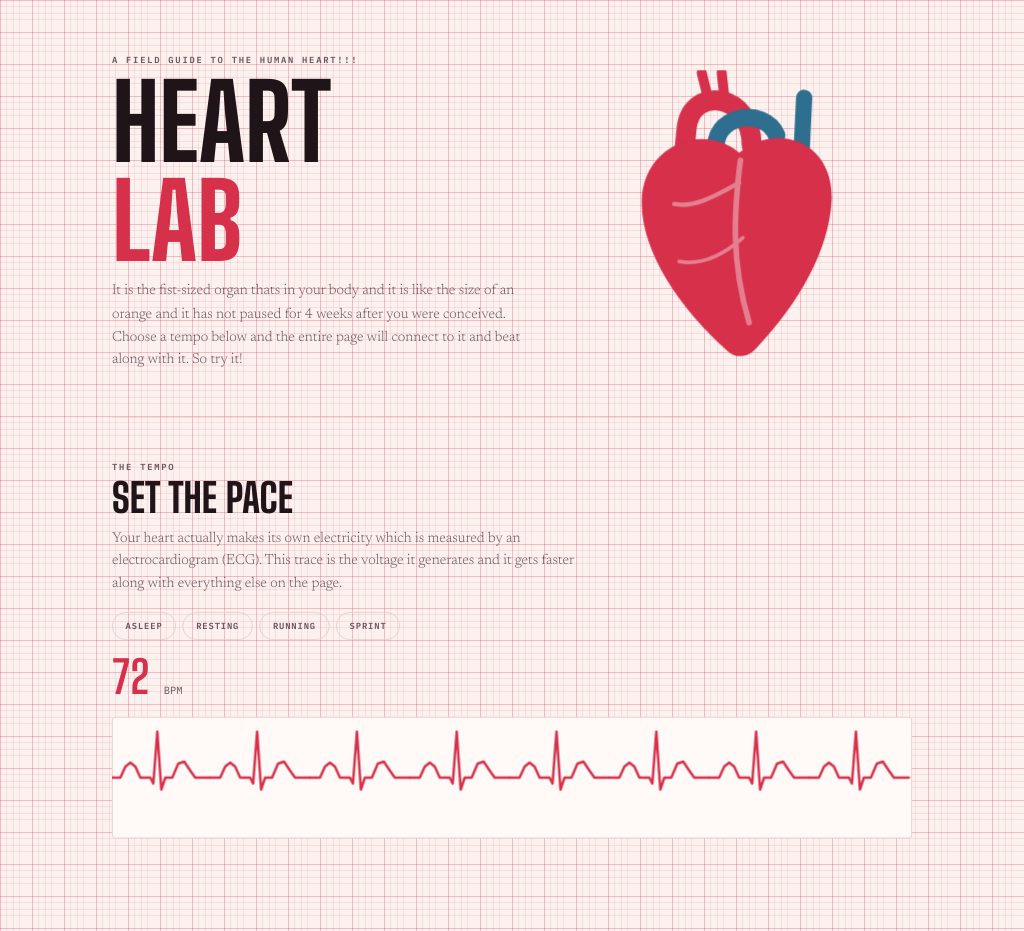
Repository: manayparikh1/PulseBeat
Page: index.html
The author's editor kept a copy of each file at every save. The page is drawn from the files as they stood at one save, then again after the next save.
The browser window is 1280 px wide. The pictures show the whole page, at 80% of full size.

Above is the page before, as saved 2026-09-03 11:22:48.

### index.html
<!DOCTYPE html>
<html lang="en">

<head>
    <meta charset="utf-8">
    <meta name="viewport" content="width=device-width, initial-scale=1.0">
    <title>PulseBeat</title>
    <link rel="stylesheet"
        href="https://fonts.googleapis.com/css2?family=Big+Shoulders+Display:wght@700;800&family=IBM+Plex+Mono:wght@400;600&family=Newsreader:opsz,wght@6..72,300;6..72,400&display=swap">
    <style>
        /*=The heartbeat animation lab and no javascript is gonna be added because I am trash at that ===== */
        *,
        *::before,
        *::after {
            box-sizing: border-box;
        }

        body,
        h1,
        h2,
        h3,
        h4,
        p,
        figure {
            margin: 0
        }

        /* ---- light pallete this is the ecg animation paper---*/
        :root {
            --paper: #FBF1EE;
            --card: #FFFAF8;
            --ink: #1F1418;
            --dim: #6A555D;
            --line: #E3CDC7;
            --oxy: #D6304A;
            --deoxy: #2E6E8E;
            --good: #2F7A55;
            --grid: rgba(214, 48, 74, 0.1);
            --grid2: rgba(214, 48, 74, .2);
            --beat: .83s;
            --disp: "Big Shoulders Display", "Arial Narrow", sans-serif;
            --body: "Newsreader", Georgia, serif;
            --mono: "IBM Plex Mono", ui-monospace, Menlo, monospace;
        }

        /*--dark mode pallete*/
        @media (prefers-color-scheme:dark) {
            :root:not([data-theme="light"]) {
                --paper: #0C0A0E;
                --card: #171220;
                --ink: #F2E6E9;
                --dim: #AC9BA4;
                --line: #2D2431;
                --oxy: #FF5A6E;
                --deoxy: #62B6DC;
                --good: #5FCF9A;
                --grid: rgba(255, 90, 110, .06);
                --grid2: rgba(255, 90, 110, .13);
            }
        }

        :root[data-theme="dark"] {
            --paper: #0C0A0E;
            --card: #171220;
            --ink: #F2E6E9;
            --dim: #AC9BA4;
            --line: #2D2431;
            --oxy: #FF5A6E;
            --deoxy: #62B6DC;
            --good: #5FCF9A;
            --grid: rgba(255, 90, 110, .06);
            --grid2: rgba(255, 90, 110, .13);
        }

        body {
            background-color: var(--paper);
            background-image:
                repeating-linear-gradient(to right, var(--grid2) 0 1px, transparent 1px 40px),
                repeating-linear-gradient(to bottom, var(--grid2) 0 1px, transparent 1px 40px),
                repeating-linear-gradient(to right, var(--grid) 0 1px, transparent 1px 8px),
                repeating-linear-gradient(to bottom, var(--grid) 0 1px, transparent 1px 8px);
            color: var(--ink);
            font: 17px/1.6 var(--body);
            padding: 0 20px 60px;
        }

        h1,
        h2,
        h3 {
            font-family: var(--disp);
            font-weight: 800;
            line-height: .95;
            text-transform: uppercase;
            text-wrap: balance
        }

        .wrap {
            max-width: 1000px;
            margin: 0 auto
        }

        section {
            padding: 56px 0;
            border-top: 1px solid var(--line)
        }

        h2 {
            font-size: clamp(30px, 5vw, 50px)
        }

        .eyebrow {
            font: 600 11px/1 var(--mono);
            letter-spacing: .2em;
            text-transform: uppercase;
            color: var(--dim);
            ;
            margin-bottom: 10px
        }

        .lede {
            color: var(--dim);
            max-width: 60ch;
            margin-top: 12px;
            font-weight: 300;
            font-size: 18px
        }

        .card {
            background: var(--card);
            border: 1px solid var(--line);
            border-radius: 4px
        }

        /* hero */
        header {
            display: grid;
            grid-template-columns: 1.1fr.9fr;
            gap: 40px;
            align-items: center;
            padding: 70px 0 56px
        }

        h1 {
            font-size: clamp(56px, 11vw, 130px);
            letter-spacing: -0.0001em;
        }

        h1 span {
            color: var(--oxy);
            display: block
        }

        .heart {
            width: min(100%, 300px);
            margin: 0 auto;
            display: block;
            animation: thump var(--beat) infinite
        }

        @keyframes thump {

            0%,
            100% {
                transform: scale(1)
            }

            8% {
                transform: scale(1.08)
            }

            17% {
                transform: scale(1)
            }

            26% {
                transform: scale(1.04)
            }

            36% {
                transform: scale(1)
            }
        }

        /*rate switch so the four radios that basically retune the entire page */
        .sr {
            position: absolute;
            width: 1px;
            height: 1px;
            opacity: 0
        }

        .rates {
            display: flex;
            flex-wrap: wrap;
            gap: 8px;
            margin-top: 20px
        }

        .rates label {
            font: 600 11px/1 var(--mono);
            letter-spacing: .1em;
            text-transform: uppercase;
            padding: 11px 16px;
            border: 1px solid var(--line);
            border-padding: 11px 16px;
            border: 1px solid var(--line);
            border-radius: 999px;
            cursor: pointer;
            color: var(--dim)
        }

        .rates label:hover {
            border-color: var(--oxy);
            color: var(--ink)
        }

        .sr:focus-visible+label {
            outline: 2px solid var(--oxy);
            outline-offset: 2px
        }

        body:has(#r1:checked) {
            --beat: 1.25s
        }

        body:has(#r2:checked) {
            --beat: 0.83s
        }

        body:has(#r3:checked) {
            --beat: 0.45s
        }

        body:has(#r4:checked) {
            --beat: 0.34s
        }

        body:has(#r1:checked)[for=r1],
        body:has(#r2:checked)[for=r2],
        body:has(#r3:checked)[for=r3],
        body:has(#r4:checked)[for=r4] {
            background: var(--oxy);
            border-color: var(--oxy);
            color: #fff
        }

        .bpm {
            font-family: var(--disp);
            font-weight: 800;
            font-size: 56px;
            color: var(--oxy);
            line-height: 1
        }

        .bpm b {
            display: none
        }

        .bpm small {
            font: 500 13px/1 var(--mono);
            color: var(--dim);
            margin-left: 6px
        }

        body:has(#r1:checked) .b1,
        body:has(#r2:checked) .b2,
        body:has(#r3:checked) .b3,
        body:has(#r4:checked) .b4 {
            display: inline
        }

        /*ECG cycle*/
        .strip {
            overflow: hidden;
            padding: 0;
            margin-top: 22px
        }

        .strip svg {
            width: 100%;
            height: 150px;
            display: block
        }

        .strip g {
            animation: roll var(--beat) linear infinite
        }

        @keyframes roll {
            to {
                transform: translateX(-100px)
            }
        }

        /*DIAGRAM so 7 clickable parts and its driven by the radio*/
        .lab {
            display: grid;
            grid-template-columns: 1.45fr .85fr;
            gap: 24px;
            align-items: start;
            margin-top: 26px
        }

        .diagram {
            width: 100%;
            height: auto;
            padding: 12px
        }

        .parts {
            display: flex;
            flex-wrap: wrap;
            gap: 7px;
            margin-top: 18px
        }

        .parts label {
            font: 600 10.5px/1 var(--mono);
            letter-spacing: .1em;
            text-transform: uppercase;
            padding: 9px 13px;
            border: 1px solid var(--line);
            border-radius: 999px;
            cursor: pointer;
            color: var(--dim)
        }

        .parts label:hover {
            border-color: var(--oxy);
            color: var(--ink)
        }

        .info {
            display: none;
            padding: 22px
        }

        .info h3 {
            font-size: 29px;
            color: var(--oxy)
        }

        .info p {
            color: var(--dim);
            font-size: 16px;
            margin-top: 9px
        }

        .info em {
            display: block;
            font: 400 13px/1.5 var(--mono);
            font-style: normal;
            color: var(--ink);
            margin-top: 14px;
            padding-left: 12px;
            border-left: 3px solid var(--oxy)
        }

        /*SHOW the chosen card*/
        body:has(#ra:checked) .i-ra,
        body:has(#rv:checked) .i-rv,
        body:has(#la:checked) .i-la,
        body:has(#lv:checked) .i-lv,
        body:has(#lu:checked) .i-lu,
        body:has(#bo:checked) .i-bo,
        body:has(#va:checked) .i-va {
            display: block
        }

        body:has(#ra:checked) [for=ra],
        body:has(#rv:checked) [for=rv],
        body:has(#la:checked) [for=la],
        body:has(#lv:checked) [for=lv],
        body:has(#lu:checked) [for=lu],
        body:has(#bo:checked) [for=bo],
        body:has(#va:checked) [for=va] {
            background: var(--oxy);
            border-color: var(--oxy);
            color: #fff
        }

        body:has(#ra:checked) .s-ra,
        body:has(#rv:checked) .s-rv,
        body:has(#la:checked) .s-la,
        body:has(#lv:checked) .s-lv,
        body:has(#lu:checked) .s-lu,
        body:has(#bo:checked) .s-bo,
        body:has(#va:checked) .s-va {
            stroke: var(--ink);
            stroke-width: 7
        }

        .diagram text {
            font-family: var(--disp);
            font-weight: 700;
            fill: var(--ink)
        }

        tube {
            fill: none;
            stroke-dasharray: 13 27;
            animation: flow calc(var(--beat)*2.4) linear infinite
        }

        @keyframes flow {
            to {
                stroke-dashoffset: -40
            }
        }

        /*FACTS*/
        .facts {
            column: 3 250px;
            column-gap: 16px;
            margin-top: 26px
        }

        .fact {
            break-inside: avoid;
            margin-bottom: 16px;
            padding: 20px
        }

        .fact h4 {
            font-family: var(--disp);
            font-weight: 800;
            font-size: 25px;
            text-transform: uppercase;
            margin-bottom: 7px
        }

        .fact p {
            color: var(--dim);
            font-size: 15.5px
        }

        /*quiz reveal on answer no scoring that needs js which is pretty UGHH*/
        .q {
            padding: 24px;
            margin-top: 16px
        }

        .q p.ask {
            font-family: var(--disp);
            font-weight: 700;
            font-size: 25px;
            text-transform: uppercase;
            margin-bottom: 14px
        }

        .q label {
            display: block;
            padding: 13px 16px;
            border: 1px solid var(--line);
            border-radius: 3px;
            cursor: pointer;
            margin-bottom: 7px;
            font-size: 16px
        }

        .q label:hover {
            border-color: var(--oxy);
        }

        .qo:checked+label {
            border-color: var(--oxy);
            background: color-mix(in srgb, var(--oxy)13%, transparent)
        }

        .q:has(:checked) .ok+label {
            border-color: var(--good);
            background: color-mix(in srgb, var(--good)15%, transparent)
        }

        .q:has(:checked) .ok+label::after {
            content: " - correct" t;
            font: 600 11px var(--mono);
            color: var(--good)
        }

        .why {
            display: none;
            margin-top: 12px;
            font-size: 15.5px;
            color: var(--dim)
        }

        .q:has(:checked) .why {
            display: block
        }

        footer {
            padding-top: 40px;
            font: 400 13.5px/1.6 var(--mono);
            color: var(--dim);
            max-width: 60ch
        }

        @media (max-width:820px) {

            header,
            .lab {
                grid-template-columns: 1fr
            }

            .heart {
                width: min(58%, 190px)
            }

            .facts {
                columns: 1
            }
        }

        @media (prefers-reduced-motion:reduce) {
            * {
                animation: none !important
            }
        }
    </style>
    <div class="wrap">
        <!--==Hero==-->
        <header>
            <div>
                <p class="eyebrow">A field guide to the HUMAN HEART!!!</p>
                <h1>Heart<span>Lab</span></h1>
                <p class="lede">It is the fist-sized organ thats in your body and it is like the size of an orange and
                    it has not paused for 4 weeks after you were conceived. Choose a tempo below and the entire page
                    will connect to it and beat along with it. So try it!</p>
            </div>
            <svg class="heart" viewBox="0 0 200 230" role="img" aria-label="A beating heart">
                <g fill="none" stroke-linecap="round">
                    <path d="M110 60 C110 18 62 12 58 46 L56 66" stroke="var(--oxy)" stroke-width="16" />
                    <path d="M88 20 L86 2 M74 18 L70 2" stroke="var(--oxy)" stroke-width="8" />
                    <path d="M82 66 C76 36 120 28 130 52" stroke="var(--deoxy)" stroke-width="14" />
                    <path d="M150 64 L152 22" stroke="var(--deoxy)" stroke-width="13" />
                </g>
                <path
                    d="M100 66 C130 41 176 57 174 104 C172 144 148 186 114 222 C108 229 98 232 90 224 C53 191 22 146 22 106 C22 61 70 41 100 66 Z"
                    fill="var(--oxy)" />
                <g fill="none" stroke="#fff" stroke-linecap="round" opacity=".38">
                    <path d="M101 72 C96 112 93 152 108 202" stroke-width="4.5" />
                    <path d="M100 90 C79 102 63 110 48 107" stroke-width="3.5" />
                    <path d="M103 134 C85 150 68 156 52 153" stroke-width="3" />
                </g>
            </svg>
        </header>
        <!-- ===== RATE + ECG ==== -->
        <section>
            <p class="eyebrow">The tempo</p>
            <h2>Set the pace</h2>
            <p class="lede">Your heart actually makes its own electricity which is measured by an electrocardiogram
                (ECG). This trace is the voltage it generates and it gets faster along with everything else on the page.
            </p>

            <input class="sr" type="radio" name="rate" id="r1"><input class="sr" type="radio" name="rate" id="r2"
                checked>
            <input class="sr" type="radio" name="rate" id="r3"><input class="sr" type="radio" name="rate" id="r4">
            <div class="rates">
                <label for="r1">Asleep</label>
                <label for="r2">Resting</label>
                <label for="r3">Running</label>
                <label for="r4">Sprint</label>
            </div>
            <p class="bpm" style="margin-top:18px">
                <b class="b1">48</b><b class="b2">72</b>
                <b class="b3">133</b><b class="b4">176</b>
                <small>BPM</small>
            </p>
            <div class="card strip">
                <svg viewBox="0 0 800 120" preserveAspectRatio="none" role="img" aria-label="A scrolling ECG trace">
                    <defs>
                        <polyline id="pqrst"
                            points="0,60 10,60 15,49 20,45 25,49 30,60 40,60 43,66 47,14 51,72 55,60 62,60 68,46 74,44 80,53 85,60 100,60"
                            fill="none" stroke="var(--oxy)" stroke-width="2.5" stroke-linejoin="round"
                            stroke-linecap="round" />
                    </defs>
                    <g>
                        <use href="#pqrst" x="0" />
                        <use href="#pqrst" x="100" />
                        <use href="#pqrst" x="200" />
                        <use href="#pqrst" x="300" />
                        <use href="#pqrst" x="400" />
                        <use href="#pqrst" x="500" />
                        <use href="#pqrst" x="600" />
                        <use href="#pqrst" x="700" />
                    </g>
                </svg>
            </div>
        </section>
        <!-- ==== DIAGRAM ==== -->



    </div>

After the next save:
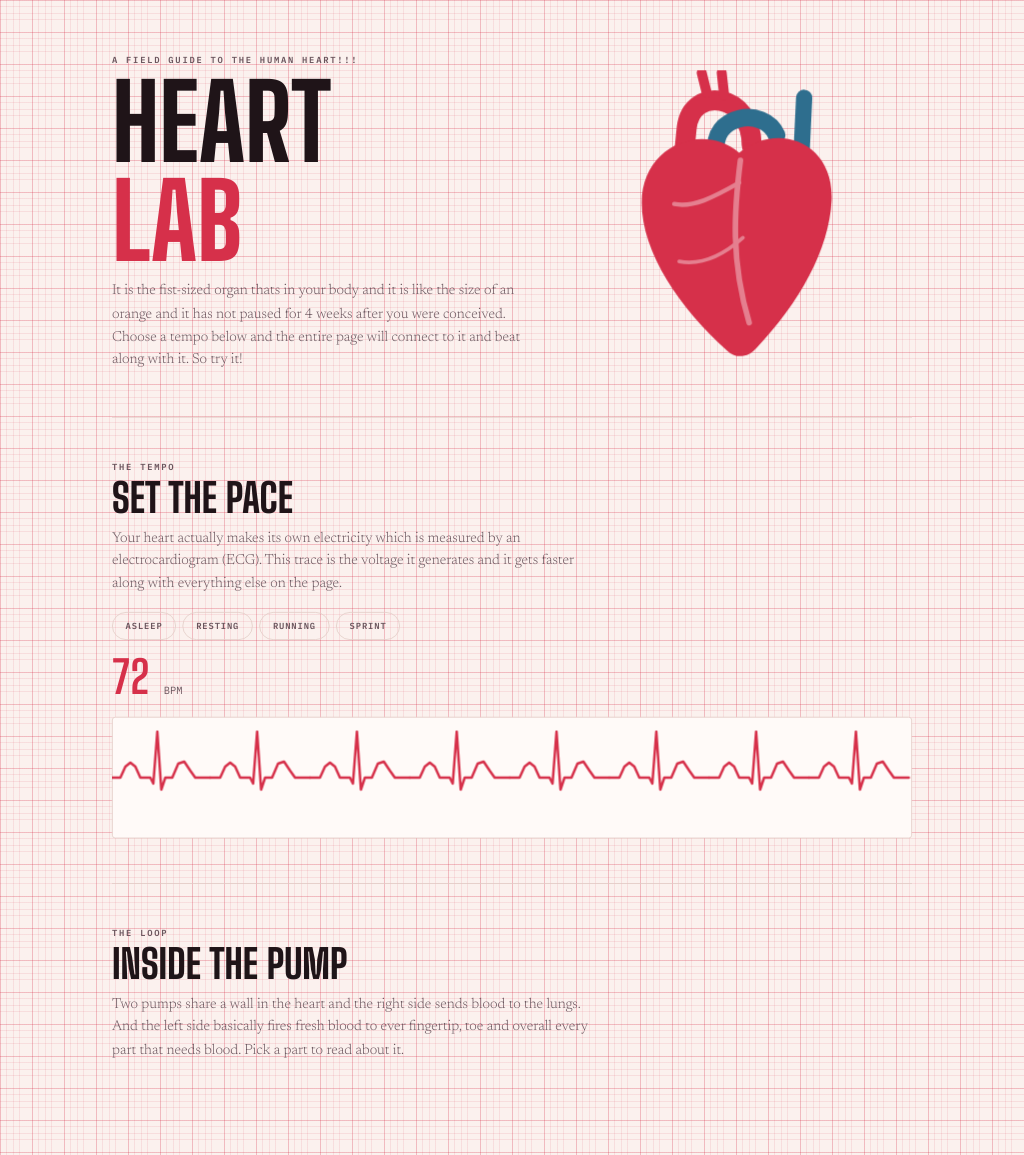
Saved 53 min 0 s later.
--- a/index.html
+++ b/index.html
@@ -589,6 +589,12 @@
             </div>
         </section>
         <!-- ==== DIAGRAM ==== -->
+         <section>
+            <p class="eyebrow">The loop</p>
+            <h2>Inside the pump</h2>
+            <p class="lede">Two pumps share a wall in the heart and the right side sends blood to the lungs. And the left side basically fires fresh blood to ever fingertip, toe and overall every part that needs blood. Pick a part to read about it.</p>
+
+         </section>
 
 
 
